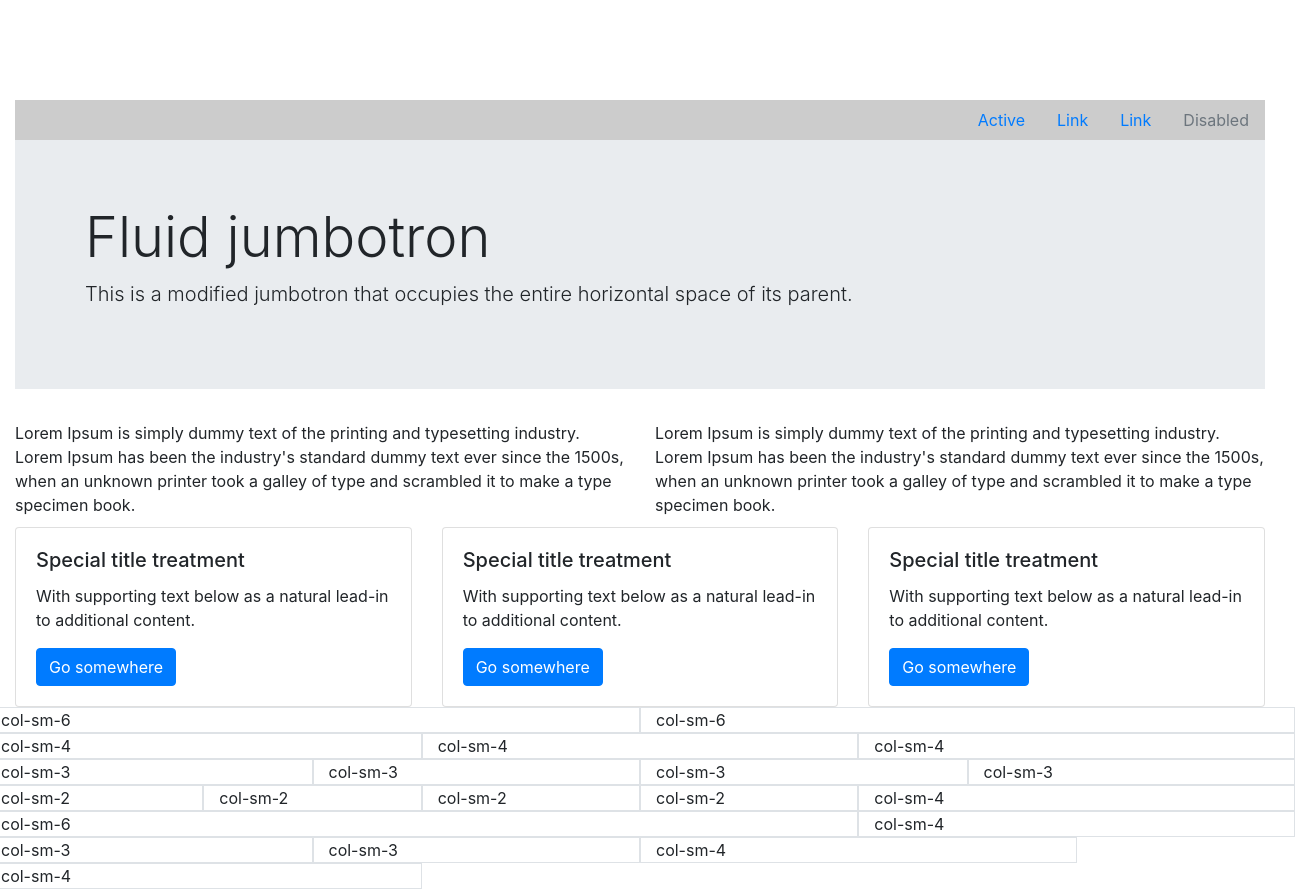
Repository: Green-Technologies-Angular/HTML
Page: index.html
An editor plug-in stored every save of this project. The page is shown before and after the next save, followed by the edit.
The browser window is 1280 px wide. The page is 1295 px wide, so the pictures cover 1295 px, including what lies to the right of the window. The pictures show the whole page.

Above is the page before, as saved 2019-01-31 10:24:07.

After the next save:
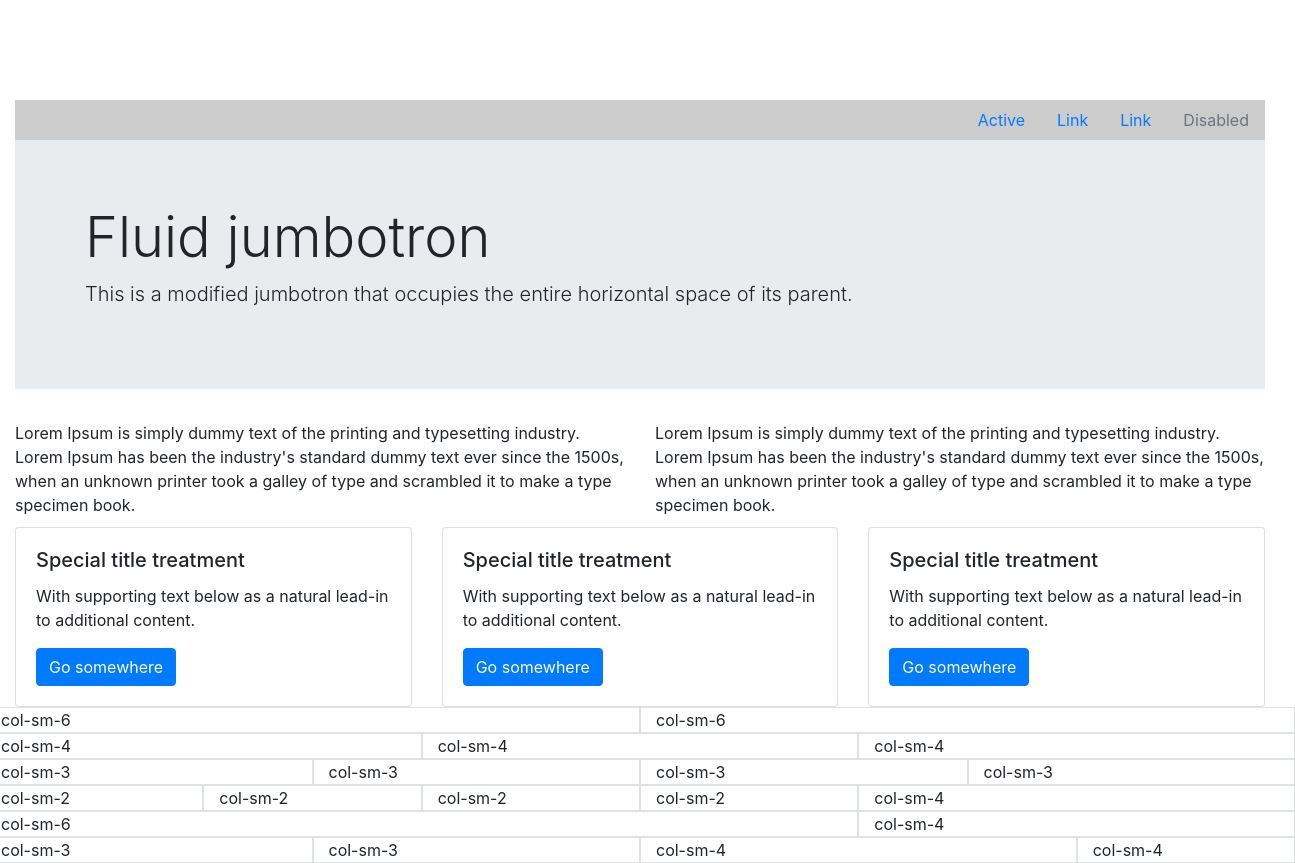
Saved 7 s later.
--- a/index.html
+++ b/index.html
@@ -114,7 +114,7 @@
             <div class="col-sm-3 border">col-sm-3</div>
             <div class="col-sm-3 border">col-sm-3</div>
             <div class="col-sm-4 border">col-sm-4</div>
-            <div class="col-sm-4 border">col-sm-4</div>
+            <div class="col-sm-2 border">col-sm-4</div>
         </div>
     <script src="script/jquery.js"></script>
     <script src="script/popper.js"></script>
